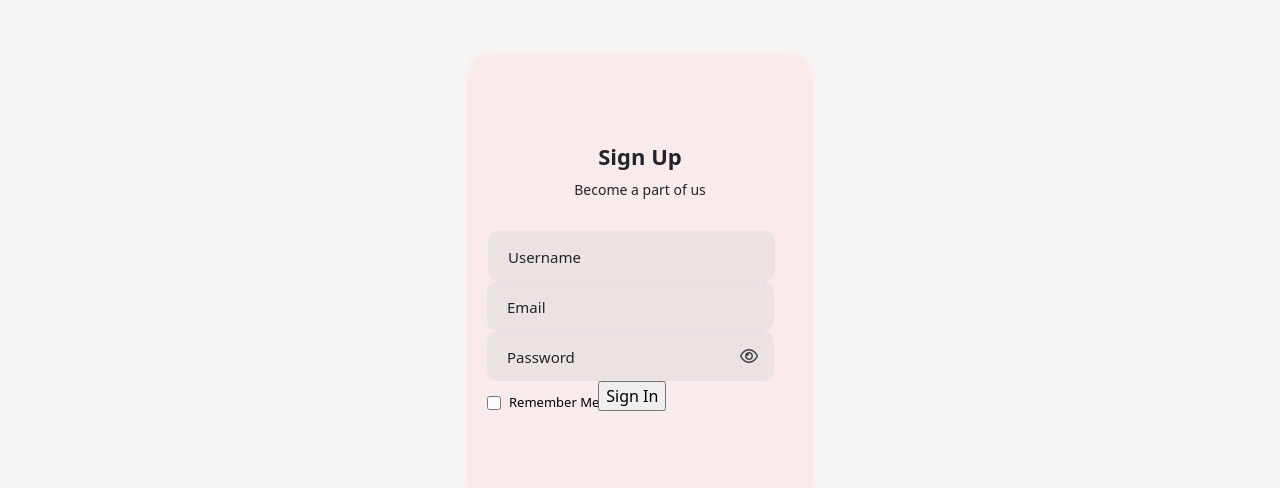
Repository: MauDucKG/BigFarm
Page: http://localhost/BigFarm/views/main/register/index.php
An editor plug-in stored every save of this project. The page is shown before and after the next save, followed by the edit.
The browser window is 1280 px wide. The pictures show the whole page.
Some web libraries are served in a nearby version. The page is run by PHP 8.4 with error messages shown; the project is at /var/www/html/.

Above is the page before, as saved 2023-04-26 18:36:22.

### views/main/register/index.php
<!DOCTYPE html>
<html lang="en">

<head>
	<meta charset="utf-8">
	<meta name="viewport" content="width=device-width, initial-scale=1">
	<title>Register</title>
	<link href="https://cdn.jsdelivr.net/npm/bootstrap@5.2.2/dist/css/bootstrap.min.css" rel="stylesheet" integrity="sha384-Zenh87qX5JnK2Jl0vWa8Ck2rdkQ2Bzep5IDxbcnCeuOxjzrPF/et3URy9Bv1WTRi" crossorigin="anonymous">
	<link rel="stylesheet" href="assets/stylesheets/register.css">
    <script src="https://kit.fontawesome.com/4ccf3877a2.js" crossorigin="anonymous"></script>
    <style>
        .wrapper{
            display: flex;
            justify-content: center;
            align-items: center;
            min-height: 100vh;
            width: 100%;
        }
        .box{
            display: flex;
            flex-direction: row;
            position: relative;
            padding: 60px 20px 30px 20px;
            height: 620px;
            width: 350px;
            background-color: rgba(255, 220, 220, 0.4);
            border-radius: 30px;
            -webkit-backdrop-filter: blur(15px);
            backdrop-filter: blur(15px);
            border: 3px solid rgba(255, 255, 255, 0.2);
            overflow: hidden;
        }
        .box-register{
            position: absolute;
            width: 85%;
            right: -350px;
            transition: .5s ease-in-out;
        }
        .top-header{
            text-align: center;
            margin: 30px auto;
        }
        .top-header h3{
            font-size: 22px;
            font-weight: 600;
            margin-bottom: 8px;
        }
        .input-group{
            width: 100%;
        }
        .input-field{
            margin-bottom: 12px 0 ;
            position: relative;
        }
        .input-box{
            width: 100%;
            height: 50px;
            font-size: 15px;
            color: #040404;
            border: none;
            border-radius: 10px;
            padding: 7px 45px 0 20px;
            background: rgba(224, 223, 223, 0.6);
            backdrop-filter: blur(2px);
            outline: none;
        }
        .input-field label{
            position: absolute;
            left: 20px;
            top: 15px;
            font-size: 15px;
            transition: .3s ease-in-out;
        }
        .input-box:focus ~ label,.input-box:valid ~ label{
            top: 2px;
            font-size: 10px;
            color: #c12828;
            font-weight: 500;
        }
        .eye-area{
            position: absolute;
            top: 25px;
            right: 25px;
        }
        .eye-box{
            display: flex;
            justify-content: center;
            align-items: center;
            position: relative;
        }
        i{
            position: absolute;
            color: #444444;
            cursor: pointer;
        }
        #eye,#eye-2{
            opacity: 1;
        }
        #eye-slash,#eye-slash-2{
            opacity: 0;
        }
        .remember{
            display: flex;
            font-size: 13px;
            margin: 12px 0 30px 0;
            color: #000;
        }
        .check{
            margin-right: 8px;
            width: 14px;
        }
    </style>
</head>

<body>
    <div class="wrapper">
        <div class="box">
            <div class="register-box" id="regUser">
                <div class="top-header">
                    <h3>Sign Up</h3>
                    <small>Become a part of us</small>
                </div>
                <div class="input-group">
                    <div class="input-field">
                        <input type="text" class="input-box" id="regUser" required>
                        <label for="regUser">Username</label>
                    </div>
                    <div class="input-field">
                        <input type="text" class="input-box" id="regUser" required>
                        <label for="regUser">Email</label>
                    </div>
                    <div class="input-field">
                        <input type="password" class="input-box" id="regPassword" required>
                        <label for="regPassword">Password</label>
                         <div class="eye-area">
                                <div class="eye-box" onclick="myRegPassword()">
                                    <i class="fa-regular fa-eye" id="eye-2"></i>
                                    <i class="fa-regular fa-eye-slash" id="eye-slash-2"></i>
                                </div>
                         </div>
                    </div>
                    <!-- <div class="input-field">
                        <input type="text" class="input-box" id="regUser" required>
                        <label for="regUser">Telephone number</label> -->
                    <!-- </div>
                    <div class="input-field">
                        <input type="radio" class="input-box" id="regUser" required>
                        <label for="regUser">Male</label>
                    </div>
                    <div class="input-field">
                        <input type="radio" class="input-box" id="regUser" required>
                        <label for="regUser">Female</label>
                    </div> -->
                    <div class="remember">
                        <input type="checkbox" id="formCheck-2" class="check">
                        <label for="formCheck-2"> Remember Me</label>
                    </div>
                    <div class="input-field">
                        <input type="submit" class="input-submit" value="Sign In">
                    </div>
                </div>
            </div>
        </div>
    </div>
</body>

</html>

### assets/stylesheets/register.css
html,
body {
  height: 100%;
}

body {
  display: flex;
  align-items: center;
  padding-top: 40px;
  padding-bottom: 40px;
  background-color: #f5f5f5;
}

.form-signin {
  max-width: 500px;
  padding: 15px;
}

.form-signin .form-floating:focus-within {
  z-index: 2;
}

After the next save:
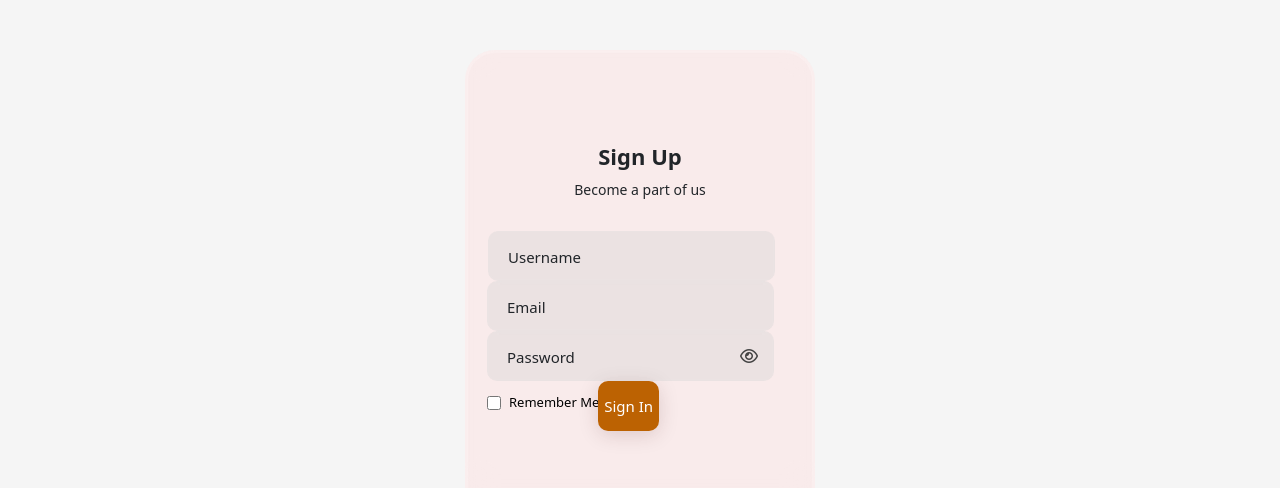
Saved 14 s later.
--- a/views/main/register/index.php
+++ b/views/main/register/index.php
@@ -109,6 +109,23 @@
             margin-right: 8px;
             width: 14px;
         }
+        .input-submit{
+    width: 100%;
+    height: 50px;
+    font-size: 15px;
+    font-weight: 500;
+    border: none;
+    border-radius: 10px;
+    background: #bc6202;
+    color: #fff;
+    box-shadow: 0px 4px 20px rgba(62, 9, 9, 0.145);
+    cursor: pointer;
+    transition: .4s;
+}
+.input-submit:hover{
+    background: #db3e00;
+    box-shadow: 0px 4px 20px rgba(62, 9, 9, 0.32);
+}
     </style>
 </head>
 
